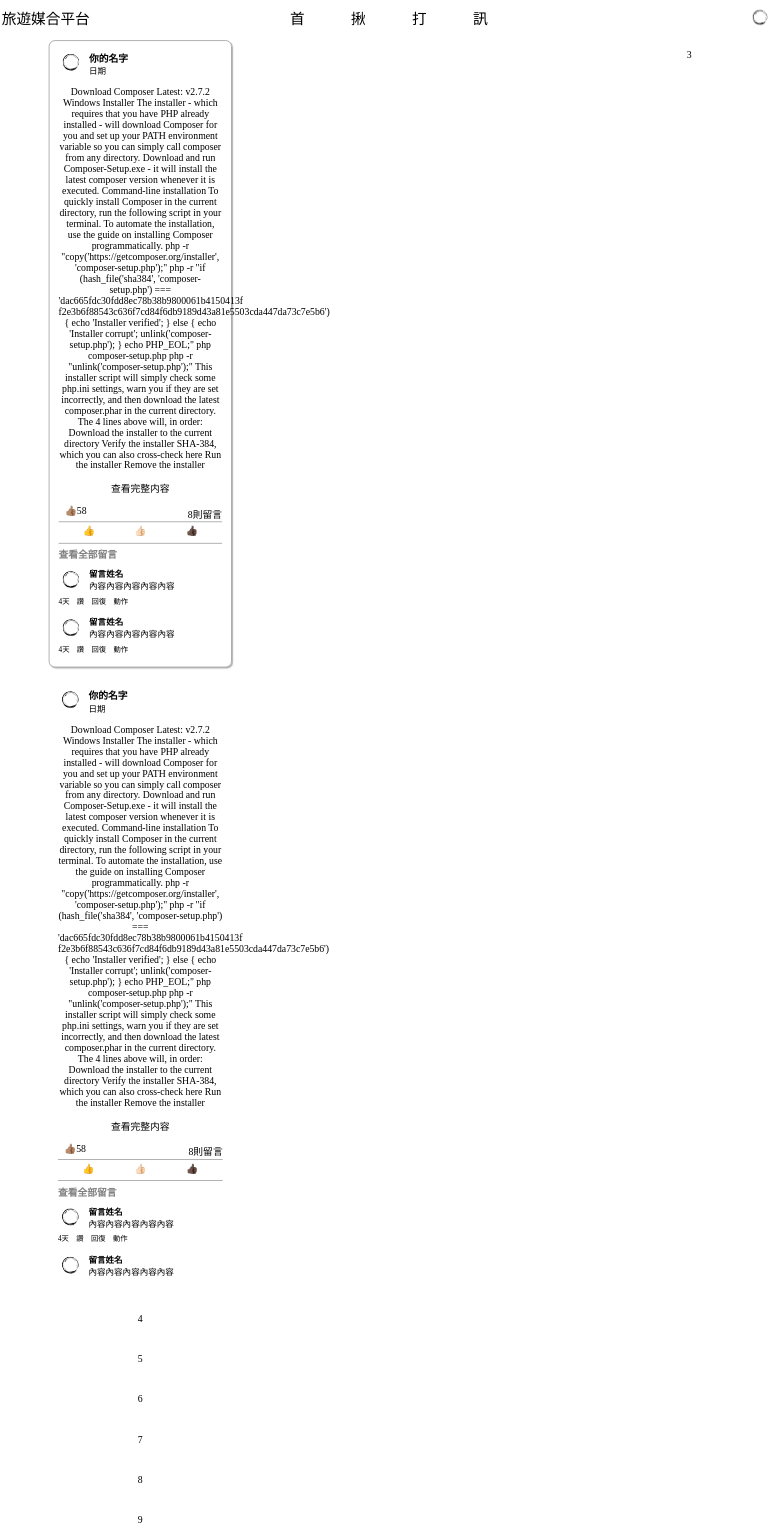
Repository: yuchiyang123/index_view
Page: http://localhost/
The author's editor kept a copy of each file at every save. The page is drawn from the files as they stood at one save, then again after the next save.
The browser window is 1280 px wide. The pictures show the whole page, at 61% of full size.
The page is run by PHP 8.4 with error messages shown; the project is at /var/www/html/.

Above is the page before, as saved 2024-03-27 19:00:49.

After the next save:
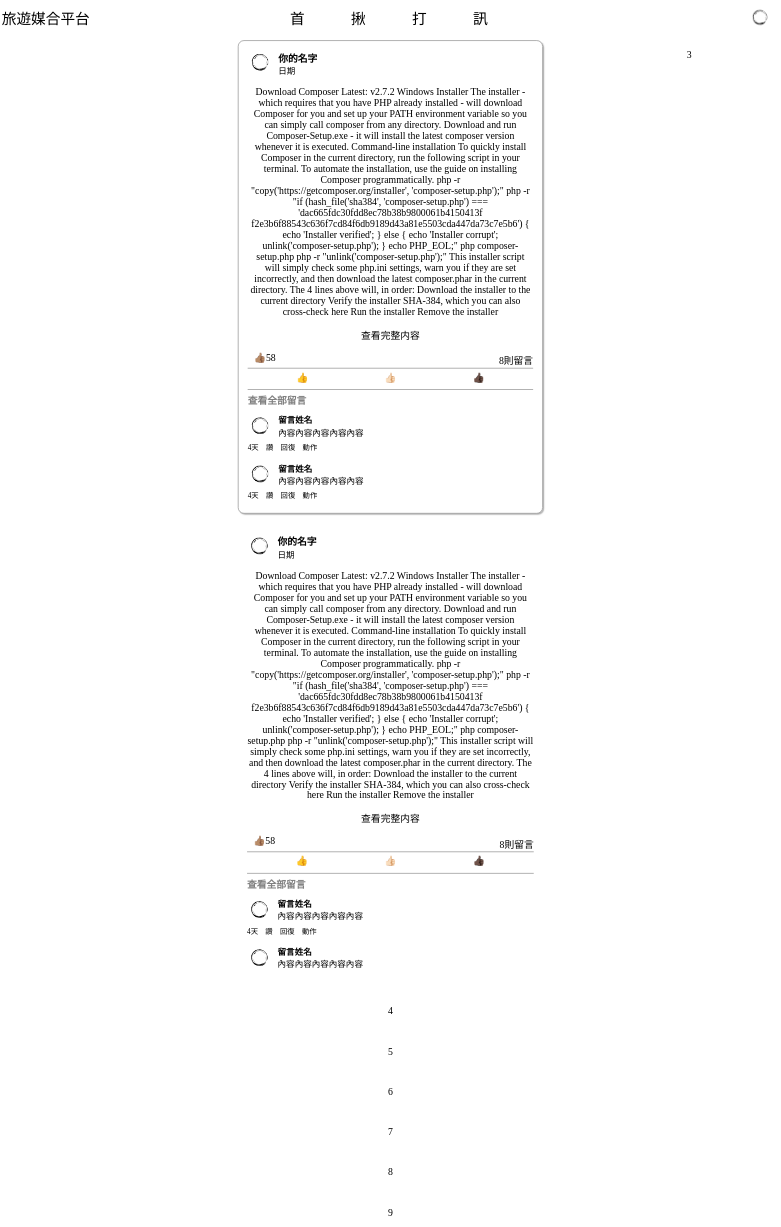
Saved 2 min 20 s later.
--- a/index.php
+++ b/index.php
@@ -11,7 +11,7 @@ body {
   grid-template-rows:auto;
   grid-gap: 10px;
   grid-template-areas:
-    "A B C";
+    "D A B E C";
 
 }
 
@@ -36,6 +36,12 @@ body {
     grid-area: B;
 
     grid-gap: 10px;
+}
+.four{
+    grid-area: D;
+}
+.five{
+    grid-area: E;
 }
 .limt{
     min-height: 350px;
@@ -197,13 +203,13 @@ a{
     <div class="grid-container">
         <div></div>
         <div class="grid-item">
-        <div></div>
+        <div class="four"></div>
             <div class="first">
                 <label></label>
             </div>
         </div>
 
-        <div></div>
+        <div class="five"></div>
       <div class="grid-item"><div class="end">3</div></div>
         <div class="mid">
         <div class="cut">
